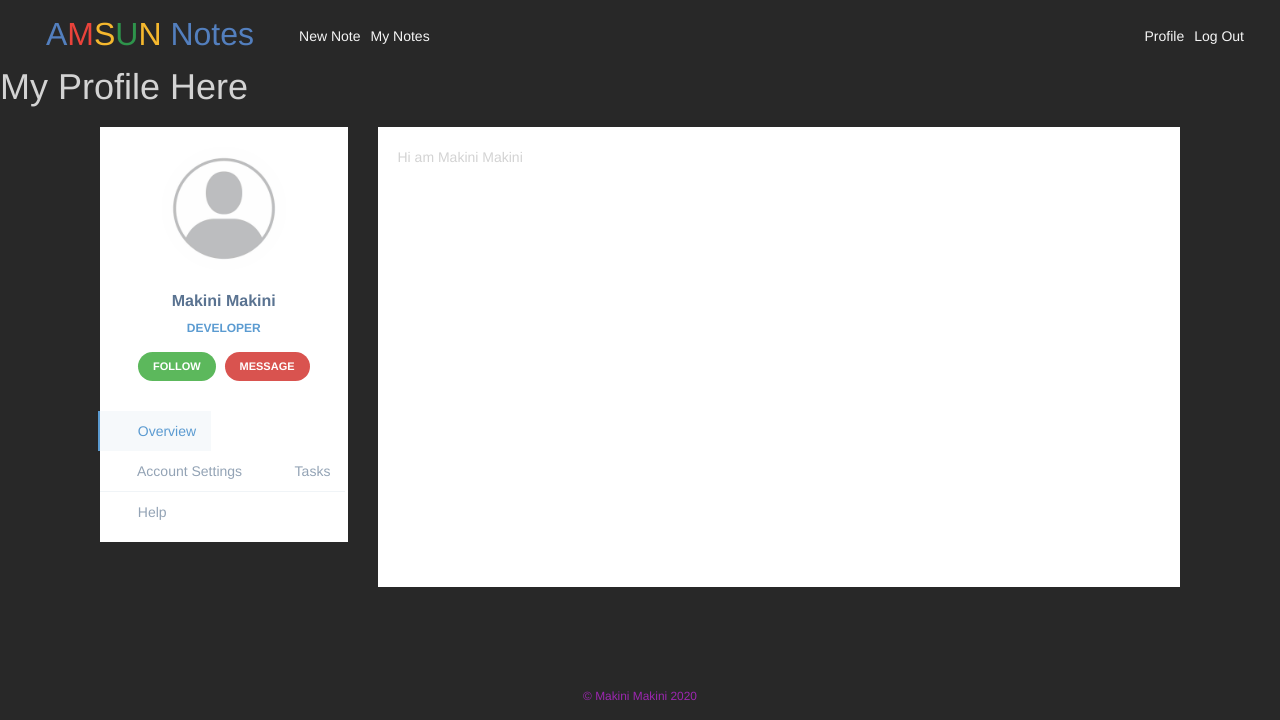
Repository: MakiniMakini/AMSUN-NOTES
Page: http://localhost/profile
The author's editor kept a copy of each file at every save. The page is drawn from the files as they stood at one save, then again after the next save.
The browser window is 1280 px wide. The pictures show the whole page.
Some web fonts or font styles are not loaded; a fallback is used. The page is served by the project's application, run on Flask 3 (application.py). The session is filled in as if someone had signed in: {"user_id": 1}.

Above is the page before, as saved 2020-12-25 12:19:00.

### templates/profile.html
{% extends "layout.html" %}

{% block title %}
    Profile
{% endblock %}

{% block main %}

<h1 style="margin: auto;">
My Profile Here
</h1>
<div class="container">
    <div class="row profile">
		<div class="col-md-3">
			<div class="profile-sidebar">
				<!-- SIDEBAR USERPIC -->
				<div class="profile-userpic">
					<img src="/static/images/avatar.jpg" class="img-responsive" alt="">
				</div>
				<!-- END SIDEBAR USERPIC -->
				<!-- SIDEBAR USER TITLE -->
				<div class="profile-usertitle">
					<div class="profile-usertitle-name">
						Makini Makini
					</div>
					<div class="profile-usertitle-job">
						Developer
					</div>
				</div>
				<!-- END SIDEBAR USER TITLE -->
				<!-- SIDEBAR BUTTONS -->
				<div class="profile-userbuttons">
					<button type="button" class="btn btn-success btn-sm">Follow</button>
					<button type="button" class="btn btn-danger btn-sm">Message</button>
				</div>
				<!-- END SIDEBAR BUTTONS -->
				<!-- SIDEBAR MENU -->
				<div class="profile-usermenu">
					<ul class="nav">
						<li class="active">
							<a href="#">
							<i class="glyphicon glyphicon-home"></i>
							Overview </a>
						</li>
						<li>
							<a href="#">
							<i class="glyphicon glyphicon-user"></i>
							Account Settings </a>
						</li>
						<li>
							<a href="#">
							<i class="glyphicon glyphicon-ok"></i>
							Tasks </a>
						</li>
						<li>
							<a href="#">
							<i class="glyphicon glyphicon-flag"></i>
							Help </a>
						</li>
					</ul>
				</div>
				<!-- END MENU -->
			</div>
		</div>
		<div class="col-md-9">
            <div class="profile-content">
			   Hi am Makini Makini
            </div>
		</div>
	</div>
</div>

{% endblock %}

### templates/layout.html
<!DOCTYPE html>
<html lang="en">
    <head>
        <!-- Required meta tags -->
        <meta charset="utf-8">
        <meta name="viewport" content="width=device-width, initial-scale=1, shrink-to-fit=no">

        <!-- documentation at http://getbootstrap.com/docs/4.1/, alternative themes at https://bootswatch.com/ -->
        <link href="https://maxcdn.bootstrapcdn.com/bootstrap/4.1.3/css/bootstrap.min.css" rel="stylesheet">

        <!-- https://favicon.io/emoji-favicons/money-mouth-face/ -->
        <link href="/static/favicon.ico" rel="icon">

        <link href="/static/styles.css" rel="stylesheet">
        <link rel="stylesheet" href="/static/bootstrap.min.css" />
        <link rel="stylesheet" href="/static/animate.min.css" />
        <link rel="stylesheet" href="/static/ionicons.min.css" />
        <link rel="stylesheet" href="/static/styles2.css" />
        <link rel="stylesheet" href="/static/profile.css" />

        <script src="https://code.jquery.com/jquery-3.3.1.min.js"></script>
        <script src="https://cdnjs.cloudflare.com/ajax/libs/popper.js/1.14.3/umd/popper.min.js"></script>
        <script src="https://maxcdn.bootstrapcdn.com/bootstrap/4.1.3/js/bootstrap.min.js"></script>

        <title>AMSUN Notes: {% block title %}{% endblock %}</title>
    </head>

    <body>

        <nav class="navbar navbar-expand-md navbar-light bg-none pl-5 pr-5 m-0 fixed-top">
            <a class="navbar-brand" href="/"><span class="blue">A</span><span class="red">M</span><span class="yellow">S</span><span class="green">U</span><span class="yellow">N</span> <span class="blue">Notes</span></a>
            <button aria-controls="navbar" aria-expanded="false" aria-label="Toggle navigation" class="navbar-toggler" data-target="#navbar" data-toggle="collapse" type="button">
                <span class="navbar-toggler-icon"></span>
            </button>
            <div class="collapse navbar-collapse" id="navbar" >
                {% if session.user_id %}
                    <ul class="navbar-nav mr-auto mt-2">
                        <li class="nav-item"><a class="nav-link" href="/home">New Note</a></li>
                        <li class="nav-item"><a class="nav-link" href="/my_notes">My Notes</a></li>
                    </ul>
                    <ul class="navbar-nav ml-auto mt-2 navbar-right">
                        <li class="nav-item"><a class="nav-link" href="/profile">Profile</a></li>
                        <li class="nav-item"><a class="nav-link" href="/logout">Log Out</a></li>
                    </ul>
                {% else %}
                    <ul class="navbar-nav ml-auto mt-2 navbar-right">
                        <li class="nav-item"><a class="nav-link" href="/register">Register</a></li>
                        <li class="nav-item"><a class="nav-link" href="/login">Log In</a></li>
                    </ul>
                {% endif %}
            </div>
        </nav>

        {% if get_flashed_messages() %}
            <header>
                <div class="alert alert-primary border text-center" role="alert">
                    {{ get_flashed_messages() | join(" ") }}
                </div>
            </header>
        {% endif %}

        <main class="container p-0">

        </main>
        {% block main %}{% endblock %}

        <footer class="small text-center text-muted fixed-bottom bg-none">
             <a href="https://makini-makini.herokuapp.com">© Makini Makini 2020</a>
        </footer>

    </body>
</html>

### application.py
import os

import sqlite3
from flask import Flask, flash, jsonify, redirect, render_template, request, session
from flask_session import Session
from tempfile import mkdtemp
from werkzeug.exceptions import default_exceptions, HTTPException, InternalServerError
from werkzeug.security import check_password_hash, generate_password_hash

from helpers import apology, login_required


# Configure application
app = Flask(__name__)

# Ensure templates are auto-reloaded
app.config["TEMPLATES_AUTO_RELOAD"] = True

# Ensure responses aren't cached
@app.after_request
def after_request(response):
    response.headers["Cache-Control"] = "no-cache, no-store, must-revalidate"
    response.headers["Expires"] = 0
    response.headers["Pragma"] = "no-cache"
    return response


# Configure session to use filesystem (instead of signed cookies)
app.config["SESSION_FILE_DIR"] = mkdtemp()
app.config["SESSION_PERMANENT"] = False
app.config["SESSION_TYPE"] = "filesystem"
Session(app)

# connecting to the database
connection = sqlite3.connect("amsun_notes.db", check_same_thread=False)

# cursor
db = connection.cursor()

# >>>>>>>>>>>>>>>>>>>>>>>>>>>>>>>ROUTES<<<<<<<<<<<<<<<<<<

# ///////////////INDEX\\\\\\\\\\\\\\\\\\
@app.route("/")
def home_page():
    return render_template("home.html")

# ////////////////WRITE NOTES\\\\\\\\\\\\\
@app.route("/home")
@login_required
def index():
    return render_template("index.html")

# //////PROFILE\\\\\\\\
@app.route("/profile")
@login_required
def profile():
    return render_template("profile.html")

# /////////////MY NOTES\\\\\\\\\\
@app.route("/my_notes")
@login_required
def my_notes():

    # logged user
    user_id = session['user_id']

    db.execute("SELECT note_id, title, notes FROM notes WHERE user_id=:user_id", {'user_id':user_id})
    notes = db.fetchall()

    # Ensure user has notes
    if not notes:
        return render_template("index.html", message = "You Do Not Have Any Stock")

    return render_template("my_notes.html", notes=notes)

# ///////////////ALLOW USER TO EDIT THEIR NOTES\\\\\\\\\\\\\\\\\\\
@app.route("/<note_id>/edit", methods=["GET", "POST"])
@login_required
def edit(note_id):

     # logged user
    user_id = session['user_id']

    if request.method == "GET":
        # query database for notes
        db.execute("SELECT note_id, title, notes FROM notes WHERE user_id=:user_id AND note_id=:note_id", {'user_id':user_id, 'note_id':note_id})
        notes = db.fetchall()
        # populate text-area with existing notes
        return render_template("edit.html", notes=notes)

    if request.method == "POST":
        # get title
        title = request.form.get("title")
        #get notes
        notes = request.form.get("notes")

        # ensure the fields are not blank
        if not request.form.get("notes"):
            return apology('must write something', 403)
        else:
            # update notes
            db.execute("UPDATE notes SET title =:title, notes =:notes WHERE note_id=:note_id", {'user_id':user_id, 'note_id':note_id, 'title':title, 'notes':notes})
            # save to data base
            connection.commit()
            # redirect user to their notes
            return redirect("/my_notes")


@app.route("/<note_id>/delete")
@login_required
def delete(note_id):

    print(note_id)

    db.execute("DELETE FROM notes WHERE note_id=:note_id", {'note_id':note_id})
    connection.commit()

    return redirect("/my_notes")

# >>>>>>>>>>>>>REGISTER USER<<<<<<<<<<<<<<<<<<<<<<<<<<<<<<<<<<<
@app.route("/register", methods=["GET", "POST"])
def register():
    """Register user"""

    # if 'GET' render Reg. form
    if request.method == "GET":
        return render_template("register.html")

    if request.method == "POST":

        username = request.form.get("username")
        # Ensure username is submitted
        if not request.form.get("username"):
             return apology("must provide username", 403)

        # Ensure password was submitted
        elif not request.form.get("password") and not request.form.get("confirmation"):
            return apology("must provide password and confirmation", 403)
        else:
            # query db
            db.execute("SELECT * FROM users WHERE username = :username",
                            {'username' : username})
            rows = db.fetchall()

            # check if user exists
            if len(rows) == 1:
                return apology("username already exists", 403)
            else:
                username = request.form.get("username")

            # password
            if request.form.get("password") == request.form.get("confirmation"):
                # hash password
                pwhash = generate_password_hash(request.form.get("password"), method='plain')
            else:
                return apology("passwords do not match", 403)

            # update db
            db.execute("INSERT INTO users (username, hash) VALUES (:username, :pwhash)", {'username':username, 'pwhash':pwhash})

            # To save the changes in the files. Never skip this.
            # If we skip this, nothing will be saved in the database.
            connection.commit()

            # # close the connection
            # connection.close()
            return redirect("/")


# >>>>>>>>>>>>>>>>>>>>>>LOGIN<<<<<<<<<<<<<<<<<<<<<<


@app.route("/login", methods=["GET", "POST"])
def login():
    """Log user in"""

    # Forget any user_id
    session.clear()

    # User reached route via POST (as by submitting a form via POST)
    if request.method == "POST":

        # Ensure username was submitted
        if not request.form.get("username"):
            return apology("must provide username", 403)

        # Ensure password was submitted
        elif not request.form.get("password"):
            return apology("must provide password", 403)

        # Query database for username
        db.execute("SELECT * FROM users WHERE username = :username",
                          {'username':request.form.get("username")})

        rows = db.fetchall()

        print(rows)
        # Ensure username exists and password is correct
        if len(rows) != 1 or not check_password_hash(rows[0][2], request.form.get("password")):
            return apology("invalid username and/or password", 403)

    # Remember which user has logged in
        session["user_id"] = rows[0][0]

        # Redirect user to home page
        return redirect("/")

    # User reached route via GET (as by clicking a link or via redirect)
    else:
        return render_template("login.html")

#>>>>>>>>>>>>>>>>>>>>>>>>>>>LOGOUT<<<<<<<<<<<<<<<<<<<<<<<<

@app.route("/logout")
def logout():
    """Log user out"""

    # Forget any user_id
    session.clear()

    # Redirect user to login form
    return redirect("/")


# >>>>>>>>>>>>>>>>>>>SAVE NOTES <<<<<<<<<<<<<<<<<<<<<<<<<
@app.route("/notes", methods=["GET", "POST"])
@login_required
def save():
    #save notes to database

    # logged user
    user_id = session['user_id']

    if request.method == "POST":

        # get the title
        title = request.form.get("title")

        #get notes
        notes = request.form.get("notes")

        # ensure the fields are not blank
        if not request.form.get("notes"):
            return apology('must write something', 403)
        else:
            db.execute("INSERT INTO notes (user_id, title, notes) VALUES (:user_id, :title, :notes)", {'user_id':user_id, 'title':title, 'notes':notes})

            # save to data base
            connection.commit()
            return render_template("index.html")

### helpers.py
import os
import requests
import urllib.parse

from flask import redirect, render_template, request, session
from functools import wraps

def apology(message, code=400):
    """Render message as an apology to user."""
    def escape(s):
        """
        Escape special characters.

        https://github.com/jacebrowning/memegen#special-characters
        """
        for old, new in [("-", "--"), (" ", "-"), ("_", "__"), ("?", "~q"),
                         ("%", "~p"), ("#", "~h"), ("/", "~s"), ("\"", "''")]:
            s = s.replace(old, new)
        return s
    return render_template("apology.html", top=code, bottom=escape(message)), code


def login_required(f):
    """
    Decorate routes to require login.

    http://flask.pocoo.org/docs/1.0/patterns/viewdecorators/
    """
    @wraps(f)
    def decorated_function(*args, **kwargs):
        if session.get("user_id") is None:
            return redirect("/login")
        return f(*args, **kwargs)
    return decorated_function

### static/styles.css
nav .navbar-brand {
	/* size for brand */
	font-size: xx-large;
}

/* colors for brand */
nav .navbar-brand .blue {
	color: #537fbe;
}
nav .navbar-brand .red {
	color: #ea433b;
}
nav .navbar-brand .yellow {
	color: #f5b82e;
}
nav .navbar-brand .green {
	color: #2e944b;
}

.navbar .nav-link {
	color: whitesmoke !important;
}

main .form-control {
	/* center form controls */
	display: inline-block;

	/* override Bootstrap's 100% width for form controls */
	width: auto;
}

main {
	/* scroll horizontally as needed */
	overflow-x: auto;

	/* center contents */
	text-align: center;
}

main img {
	/* constrain images on small screens */
	max-width: 100%;
}

/* Style the image inside the centered container, if needed */
.centered img {
	width: 150px;
	border-radius: 50%;
}

textarea {
	font-family: monospace;
}

.section_name {
	text-align: center;
	padding: 0;
}

.form-form {
	text-align: center;
	padding-top: 10vh;
}
.btn:focus {
	outline: none !important;
}

.form-control-email {
	text-align: left;
	display: block;
	width: 50%;
	height: 35px;
	padding: 6px 12px;
	font-size: 14px;
	line-height: 1.5;
	color: #eee;
	background-color: #36333d;
	background-image: none;
	border: 1px solid #36333d;
	border-radius: 4px;
	box-shadow: inset 0 1px 1px rgba(0, 0, 0, 0.075);
	transition: border-color ease-in-out .15s, box-shadow ease-in-out .15s;
}
.form-control-email:focus {
	outline: none;
}

.iframe-container {
	position: relative;
	overflow: hidden;
	width: 100%;
	padding-top: 56.25%; /* 16:9 Aspect Ratio (divide 9 by 16 = 0.5625) */
}

.responsive-iframe {
	position: absolute;
	top: 0;
	left: 0;
	bottom: 0;
	right: 0;
	width: 100%;
	height: 100%;
}

### static/profile.css
/* Profile container */
.profile {
	margin: 20px 0;
}

/* Profile sidebar */
.profile-sidebar {
	padding: 20px 0 10px 0;
	background: #fff;
}

.profile-userpic img {
	float: none;
	margin: 0 auto;
	width: 50%;
	height: 50%;
	-webkit-border-radius: 50% !important;
	-moz-border-radius: 50% !important;
	border-radius: 50% !important;
}

.profile-usertitle {
	text-align: center;
	margin-top: 20px;
}

.profile-usertitle-name {
	color: #5a7391;
	font-size: 16px;
	font-weight: 600;
	margin-bottom: 7px;
}

.profile-usertitle-job {
	text-transform: uppercase;
	color: #5b9bd1;
	font-size: 12px;
	font-weight: 600;
	margin-bottom: 15px;
}

.profile-userbuttons {
	text-align: center;
	margin-top: 10px;
}

.profile-userbuttons .btn {
	text-transform: uppercase;
	font-size: 11px;
	font-weight: 600;
	padding: 6px 15px;
	margin-right: 5px;
}

.profile-userbuttons .btn:last-child {
	margin-right: 0px;
}

.profile-usermenu {
	margin-top: 30px;
}

.profile-usermenu ul li {
	border-bottom: 1px solid #f0f4f7;
}

.profile-usermenu ul li:last-child {
	border-bottom: none;
}

.profile-usermenu ul li a {
	color: #93a3b5;
	font-size: 14px;
	font-weight: 400;
}

.profile-usermenu ul li a i {
	margin-right: 8px;
	font-size: 14px;
}

.profile-usermenu ul li a:hover {
	background-color: #fafcfd;
	color: #5b9bd1;
}

.profile-usermenu ul li.active {
	border-bottom: none;
}

.profile-usermenu ul li.active a {
	color: #5b9bd1;
	background-color: #f6f9fb;
	border-left: 2px solid #5b9bd1;
	margin-left: -2px;
}

/* Profile Content */
.profile-content {
	padding: 20px;
	background: #fff;
	min-height: 460px;
}

Loaded but not shown: static/bootstrap.min.css (library); static/animate.min.css (library); static/ionicons.min.css (library); static/styles2.css (530 lines, source omitted)

After the next save:
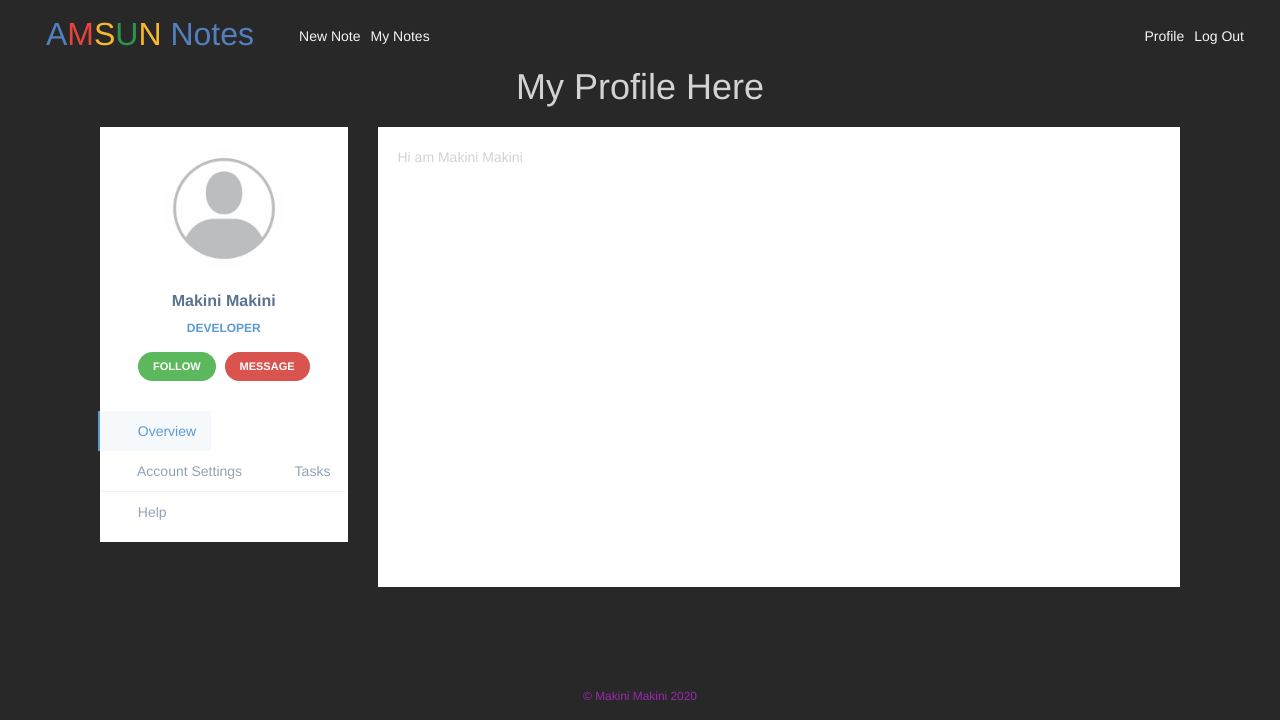
Saved 28 s later.
--- a/templates/profile.html
+++ b/templates/profile.html
@@ -6,7 +6,7 @@
 
 {% block main %}
 
-<h1 style="margin: auto;">
+<h1 style="margin: auto; text-align: center;">
 My Profile Here
 </h1>
 <div class="container">
